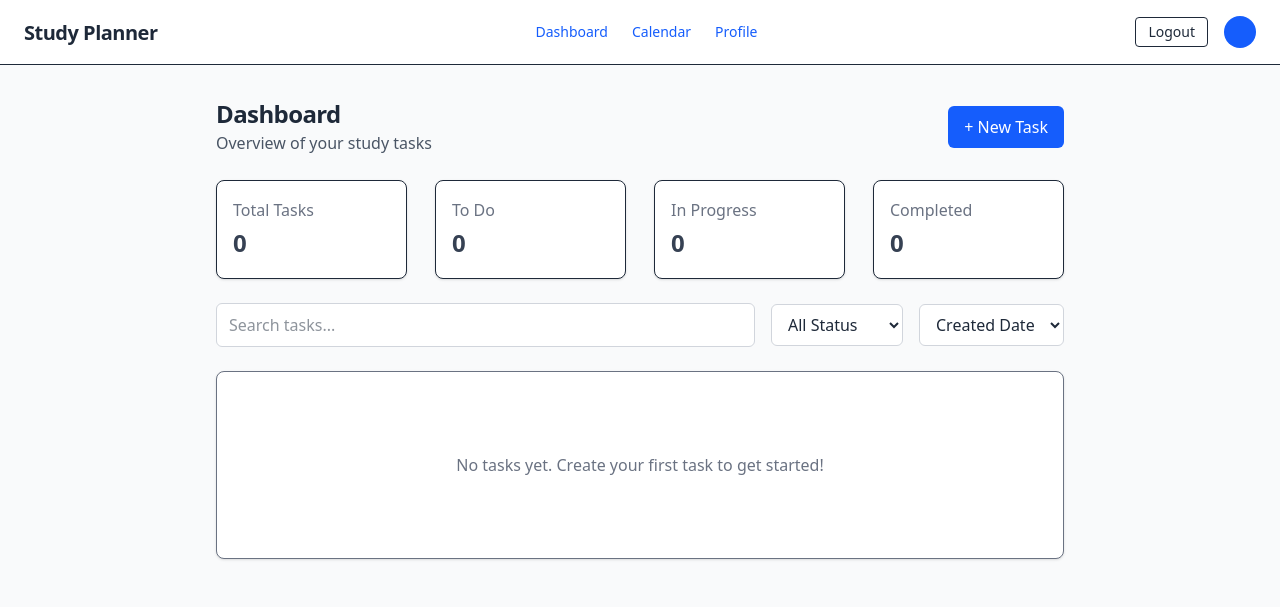
Repository: MarcusHoanggg/Personalized-Study-Planner
Page: / (app in Frontend/)
An editor plug-in stored every save of this project. The page is shown before and after the next save, followed by the edit.
The browser window is 1280 px wide. The pictures show the whole page.
The project was rebuilt for these pictures with package versions that can differ from the ones it lists, and the page was loaded fresh each time. Also part of the build but not shown: Frontend/vite.config.ts, Frontend/src/components/TaskCard.tsx, Frontend/src/components/NewTaskModal.tsx, Frontend/src/components/EditTaskModal.tsx, Frontend/src/ui/Card.tsx, Frontend/src/pages/CalendarPage.tsx, Frontend/src/ui/Avatar.tsx, Frontend/src/pages/ProfilePage.tsx and 2 more.

Above is the page before, as saved 2026-02-08 18:25:42.

After the next save:
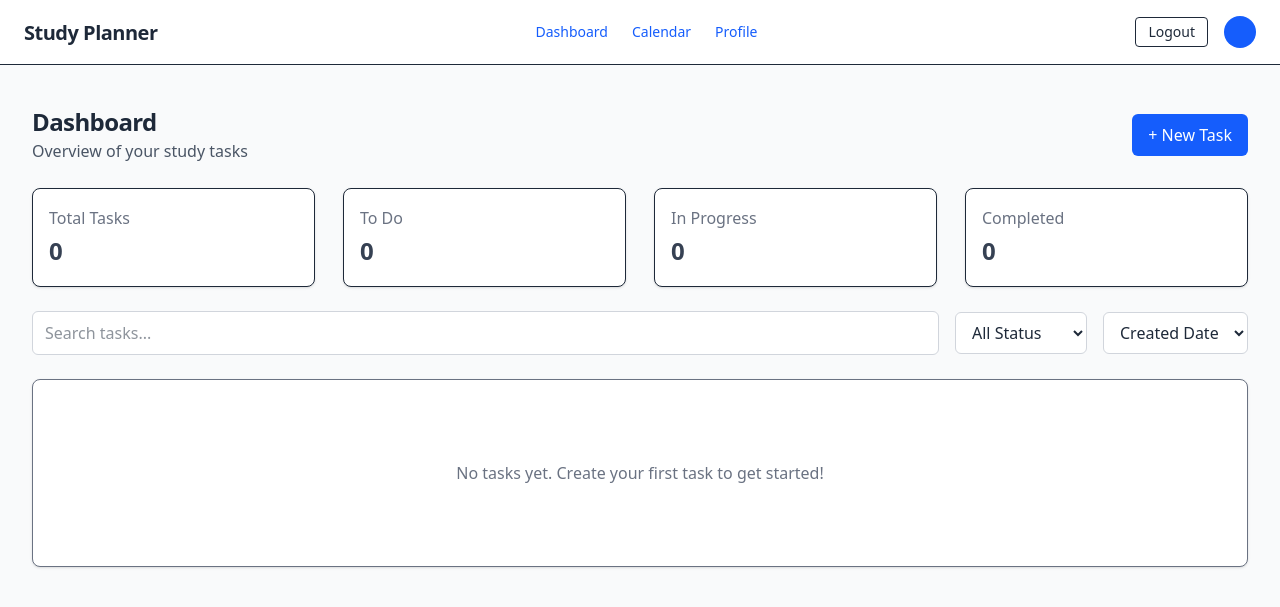
Saved 3 h 1 min later.
--- a/Frontend/src/layout/MainLayout.tsx
+++ b/Frontend/src/layout/MainLayout.tsx
@@ -39,7 +39,9 @@ export default function MainLayout() {
         </div>
       </header>
 
-      <main className="max-w-4xl mx-auto px-6 py-8">
+      {/* <main className="max-w-4xl mx-auto px-6 py-8"> */}
+      <main className="w-full max-w-7xl mx-auto px-8 py-10">
+
         <Outlet />
       </main>
     </div>
